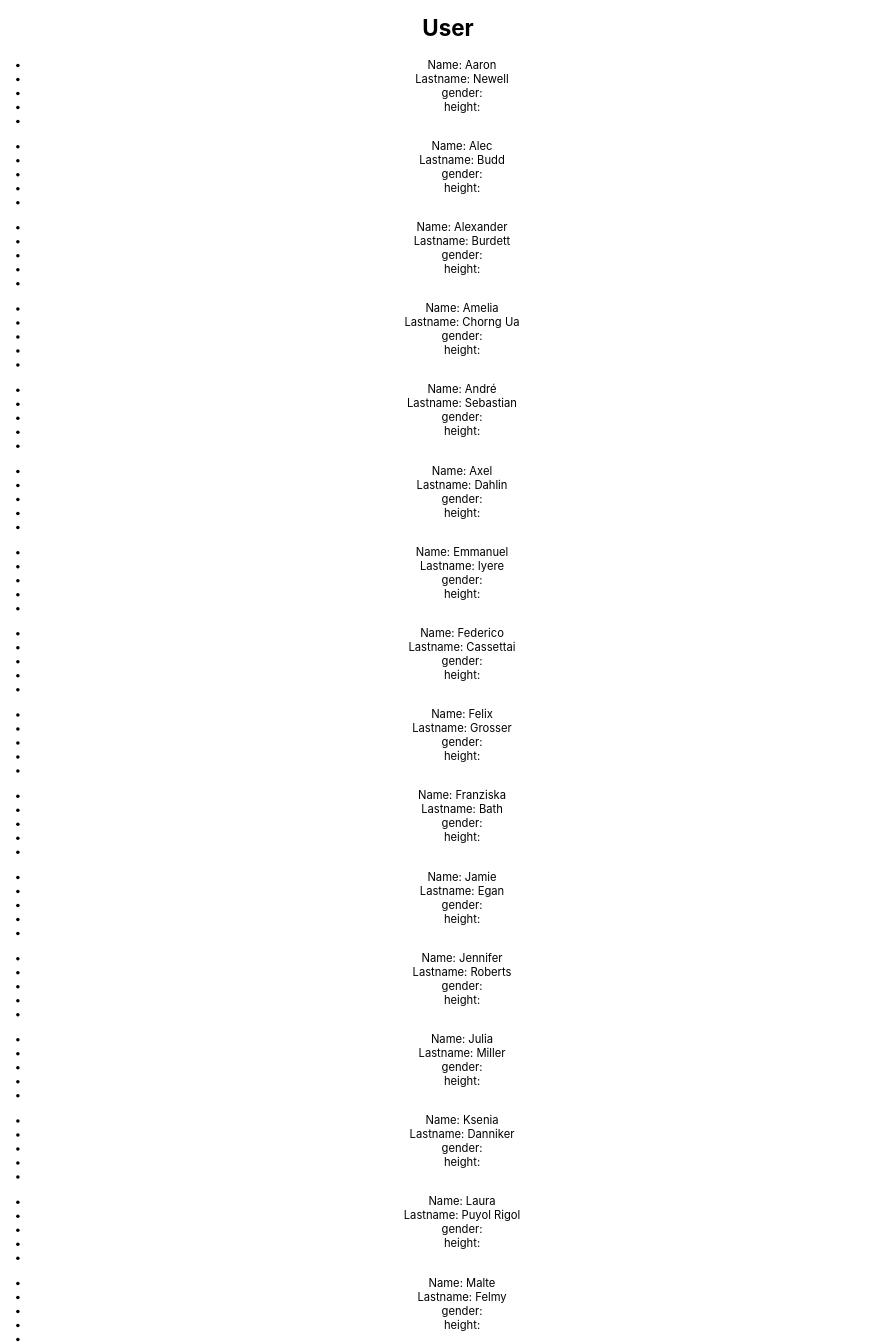
Repository: konstantin0s/iron-exercises
Page: /
The author's editor kept a copy of each file at every save. The page is drawn from the files as they stood at one save, then again after the next save.
The browser window is 1280 px wide. The pictures show the part of the page from y = 0 to 1920 px (the page is 3330 px tall), at 70% of full size.
The project was rebuilt for these pictures with package versions that can differ from the ones it lists, and the page was loaded fresh each time.

Above is the page before, as saved 2019-03-11 15:41:54.

After the next save:
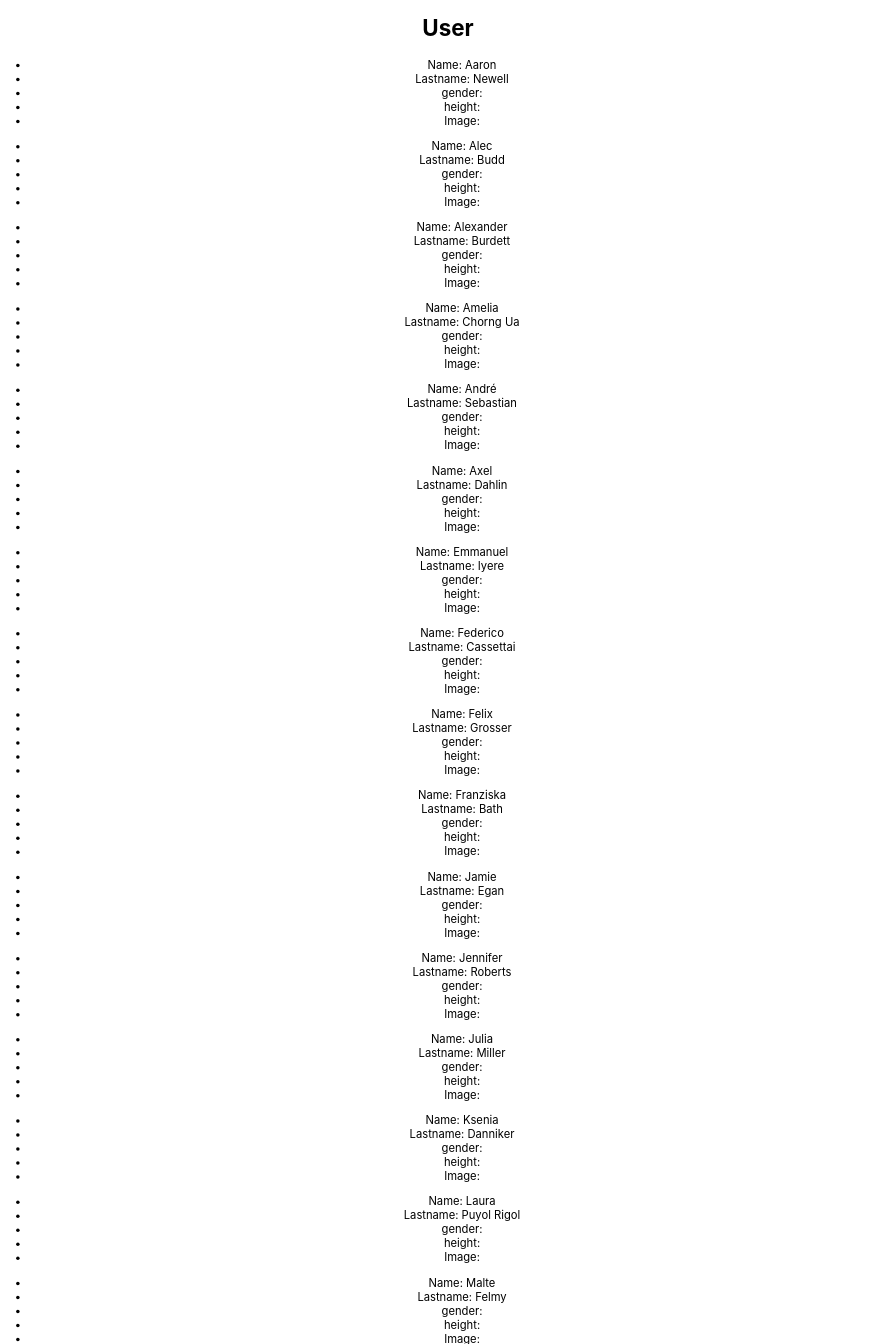
Saved 60 s later.
--- a/src/User.js
+++ b/src/User.js
@@ -10,7 +10,7 @@ class User extends React.Component {
       <li>Lastname: {this.props.lastName}</li>
       <li>gender: {this.props.gender}</li>
       <li>height: {this.props.height}</li>
-       <li>{this.props.picture}</li>
+       <li>Image: {this.props.picture}</li>
        </ul>
       </div>
     )
